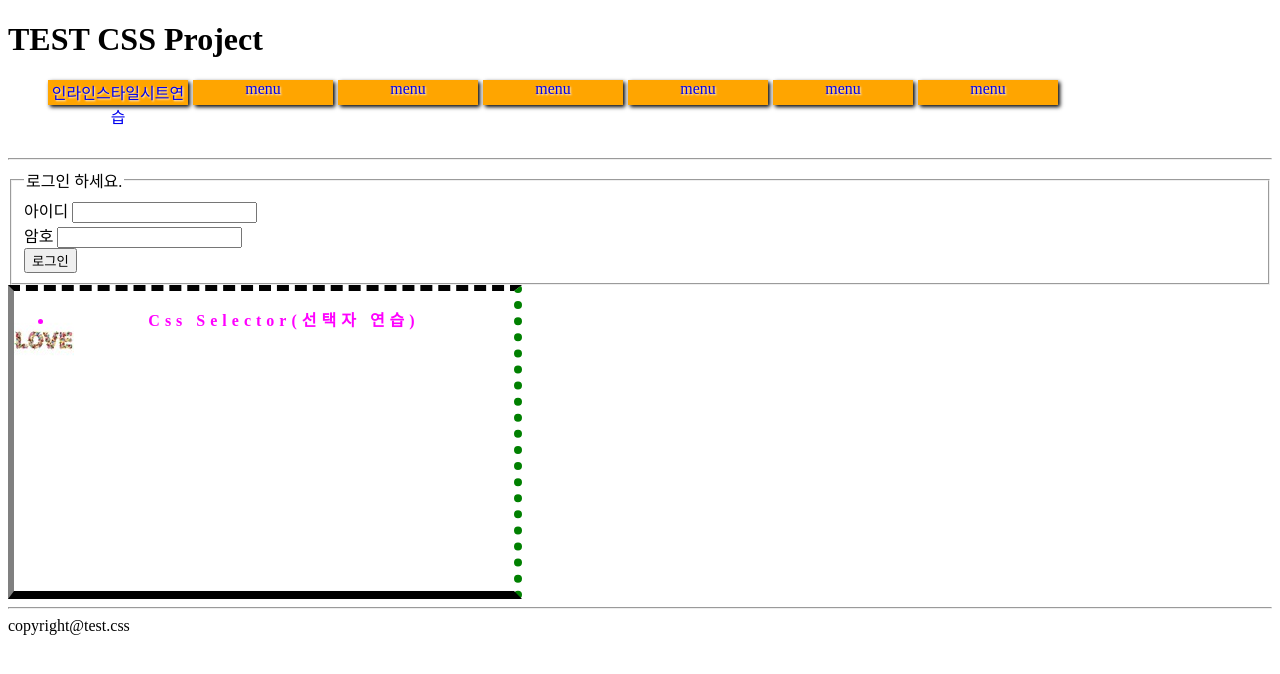
Repository: bianchi112/ict-data
Page: web_workspace/testCSSProject/src/main/webapp/index.html
The author's editor kept a copy of each file at every save. The page is drawn from the files as they stood at one save, then again after the next save.
The browser window is 1280 px wide. The pictures show the whole page.

Above is the page before, as saved 2024-09-02 03:38:24.

### web_workspace/testCSSProject/src/main/webapp/index.html
<!DOCTYPE html>
<html>
<head>
<meta charset="UTF-8">
<title>Insert title here</title>
<style type="text/css">
/* 전역 스타일 시트 : head 태그 안에 style 태그를 추가하고 문서에  사용된 태그 전체에 대해 css 적용할 때 사용
	태그 선택이 중요함 => css selecotr 사용함
	태그선택자 { css-property: 값; 속성: 값; 숫자단위; }
*/

hr { /* 태그명으로 선택 : 문서 안에 사용된 hr 태그 모두 선택 */
	clear: both; /* float 속성 적용을 해제함 */
}

li.menuitem { /* 태그명.클래스명 : 클래스명이 부여된 태그들을 선택*/
	display: block;
	background-color: orange;
	width: 140px;
	height: 25px;
	margin-right: 5px;
	box-shadow: 2px 2px 4px black;
	text-align: center;
	float: left;
}

header { margin-bottom: 100px;}

section#box { /* 태그명#아이디명 또는 #아이디명 : 해당 아이디명이 부여된 태그를 선택 */
	/* css property 에서 파일을 값으로 적용할 때는 url("상대|절대경로/폴더명/파일명.확장자") 함수 사용함 */
	background-image: url("/testc/resources/images/back.jpg");
	background-repeat: no-repeat; /* repeat (기본), no-repeat, x-repeat, y-repeat */
	width: 500px;
	height:300px;
	/* border-style: solid;
	border-color: black;
	border-width: 3px; */
	/* border: 3px solid black; */
	border-left: solid gray 6px;
	border-right: dotted green 8px;
	border-top: dashed black 6px;
	border-bottom: solid black 8px;
	color: magenta;
	font-weight: bold;
	text-align: center;
	white-space: normal;
	letter-spacing: 5px;
	text-transform: capitalize;
}

header nav ul li a { /* 태그명 사이의 공백은 '태그 안에 있는' 의 의미임,
 태그명 공백 태그명 : 태그 안에 있는 태그(자식요소, child element 라고 함) 선택 */
 	text-decoration: none; /* 밑줄(underline)을 없앰 */
 	text-shadow: 1px 1px 2px white;
}

/* 슈도 클래스 사용 : 선택한 태그에 동작 이벤트를 부여할 때 사용함
	예 : a 태그에 마우스 커서를 갖다 대었을 때 css 변화를 주고자 한다면 */
header nav ul li a:hober {
	background: navy;
	color: white;
	text-shadow: 1px 1px 2px orange;
}
</style>
</head>
<body>
<header>
	<h1>TEST CSS Project</h1>
	<nav>
		<ul>
			<li class="menuitem"><a href="/testc/views/test/inlineStyle.html">인라인스타일시트연습</a></li>
			<li class="menuitem"><a href="#">menu</a></li>
			<li class="menuitem"><a href="#">menu</a></li>
			<li class="menuitem"><a href="#">menu</a></li>
			<li class="menuitem"><a href="#">menu</a></li>
			<li class="menuitem"><a href="#">menu</a></li>
			<li class="menuitem"><a href="#">menu</a></li>
		</ul>
	</nav>
</header>
<hr>
<section>
	<form action="" method="post">
	<fieldset>
	<legend>로그인 하세요.</legend>
		<label for="uid">아이디</label>
		<input type="text" name="userid" id="uid"> <br>
		<label for="upwd">암호</label>
		<input type="password" name="userpwd" id="upwd"> <br>
		<input type="submit" value="로그인">
	</fieldset>
	</form>
</section>
<section id=box>
	<ul>
		<li>css selector(선택자 연습) </li>
	</ul>
</section>
<hr>
<footer>
copyright@test.css
</footer>
</body>
</html>

After the next save:
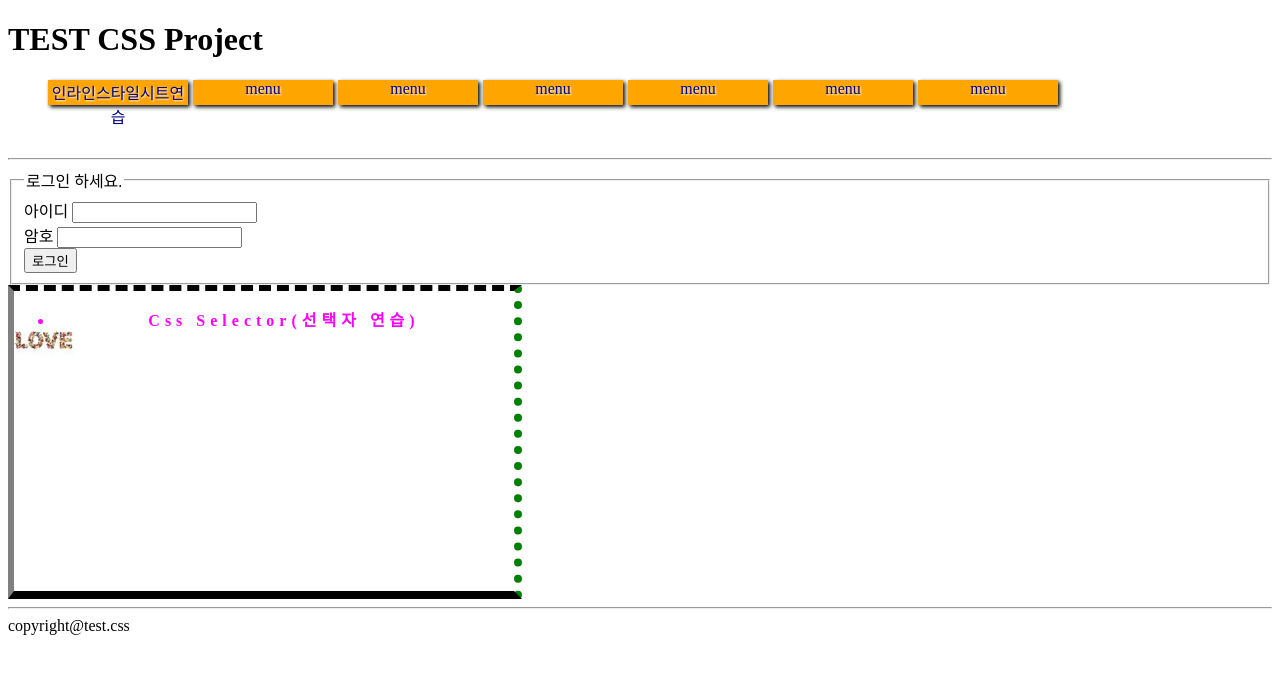
Saved 52 s later.
--- a/web_workspace/testCSSProject/src/main/webapp/index.html
+++ b/web_workspace/testCSSProject/src/main/webapp/index.html
@@ -52,6 +52,9 @@ header nav ul li a { /* 태그명 사이의 공백은 '태그 안에 있는' 의
  태그명 공백 태그명 : 태그 안에 있는 태그(자식요소, child element 라고 함) 선택 */
  	text-decoration: none; /* 밑줄(underline)을 없앰 */
  	text-shadow: 1px 1px 2px white;
+ 	color: navy;
+ 	font-weight: blod;
+ 	display: block;
 }
 
 /* 슈도 클래스 사용 : 선택한 태그에 동작 이벤트를 부여할 때 사용함
